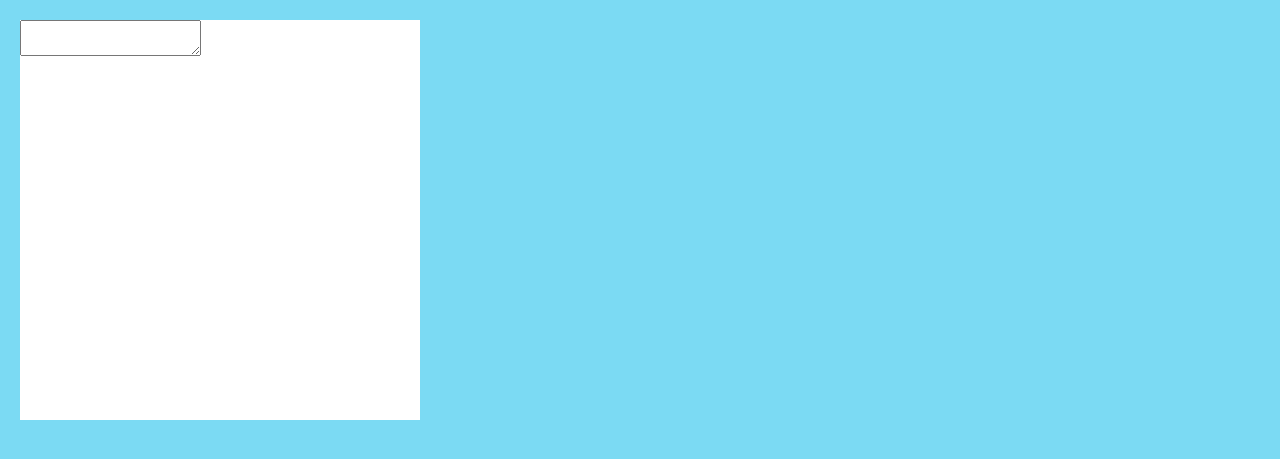
Repository: kate30980/projects-js-practice
Page: notes-app/index.html
An editor plug-in stored every save of this project. The page is shown before and after the next save, followed by the edit.
The browser window is 1280 px wide. The pictures show the whole page.

Above is the page before, as saved 2021-09-12 09:02:50.

### notes-app/index.html
<!DOCTYPE html>
<html lang="en">

<head>
    <meta charset="UTF-8" />
    <meta name="viewport" content="width=device-width, initial-scale=1.0" />
    <title>Notes App</title>
    <link rel="stylesheet" href="style.css" />
    <script src="script.js" defer></script>
</head>

<body>
    <div class="notes">
        <div class="tools">
        </div>
        <textarea></textarea>
    </div>
</body>

</html>

### notes-app/style.css
@import url("https://fonts.googleapis.com/css2?family=Poppins:wght@200;400;600&display=swap");

* {
  box-sizing: border-box;
}

body {
  font-family: "Poppins", sans-serif;
  margin: 0;
  background-color: #7bdaf3;
  display: flex;
  flex-wrap: wrap;
}
.notes {
  width: 400px;
  height: 400px;
  background-color: white;
  margin: 20px;
}

Loaded but not shown: notes-app/script.js (no copy from this time; the picture is the same without it)

After the next save:
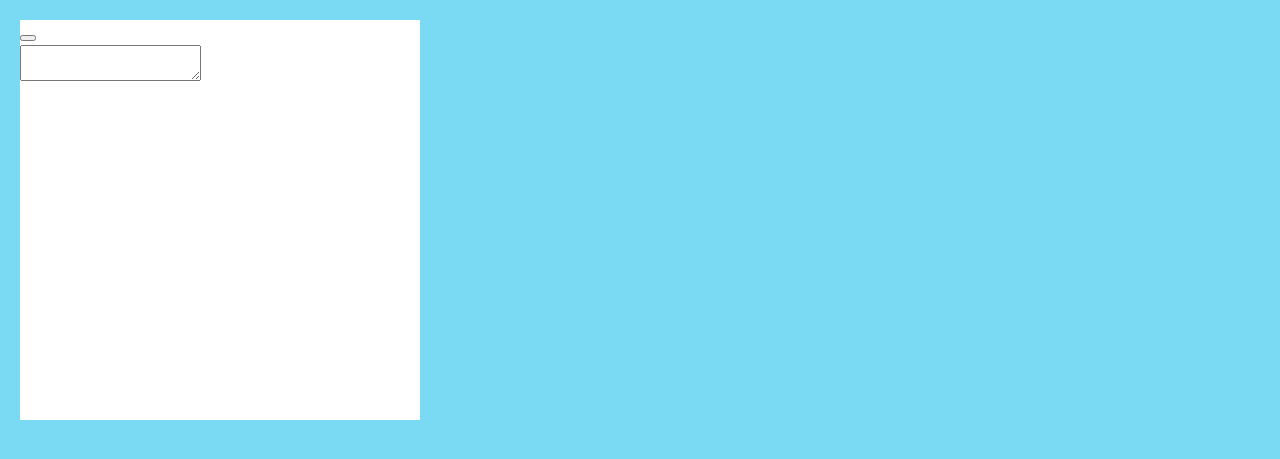
Saved 78 s later.
--- a/notes-app/index.html
+++ b/notes-app/index.html
@@ -6,12 +6,14 @@
     <meta name="viewport" content="width=device-width, initial-scale=1.0" />
     <title>Notes App</title>
     <link rel="stylesheet" href="style.css" />
+    <link rel="stylesheet" href="https://cdnjs.cloudflare.com/ajax/libs/font-awesome/5.15.4/css/all.min.css">
     <script src="script.js" defer></script>
 </head>
 
 <body>
     <div class="notes">
         <div class="tools">
+            <button></button>
         </div>
         <textarea></textarea>
     </div>
